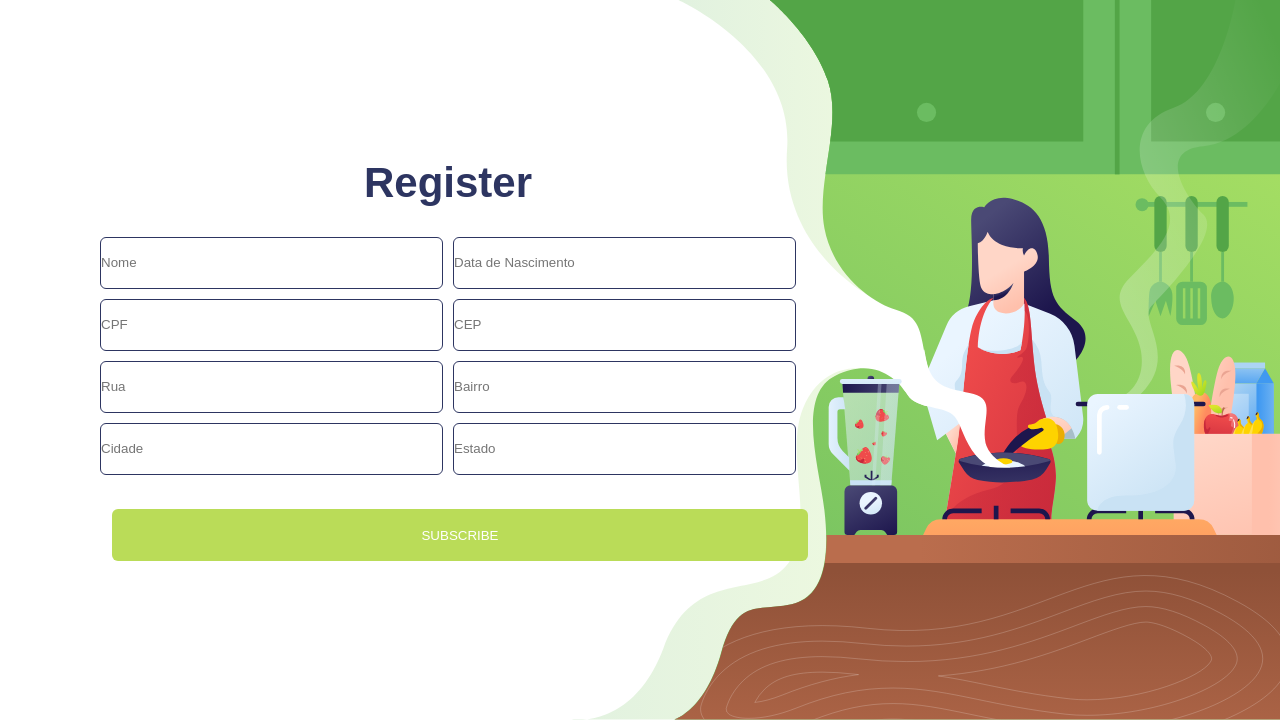
Repository: LuccaCasalecchi/HealthyFood
Page: /register
The author's editor kept a copy of each file at every save. The page is drawn from the files as they stood at one save, then again after the next save.
The browser window is 1280 px wide. The pictures show the whole page.
The project was rebuilt for these pictures with package versions that can differ from the ones it lists, and the page was loaded fresh each time. Also part of the build but not shown: src/components/Header/Header.css, src/components/Header/Header.jsx, src/components/Main/Main.css, src/components/Main/Main.jsx, src/components/Card/Card.css, src/components/Card/Card.jsx, src/components/Recipes/Recipes.css, src/components/Recipes/Recipes.jsx and 11 more.

Above is the page before, as saved 2021-08-20 21:55:22.

### src/App.js
import React from 'react'
import LandingPage from './pages/LandingPage/LandingPage';
import './global.css'
import Register from './pages/Register/Register';

function App() {
  return (
    <div className="App">
      <Register/>
    </div>
  );
}

export default App;

### src/global.css
* {
  margin: 0;
  padding: 0;
  box-sizing: border-box;
}

html {
  scroll-behavior: smooth;
  overflow-y: scroll;
  overflow-x: hidden;
}





/*Phone*/
@media (min-width: 320px)
  and (max-width: 480px) {
  :root {
    font-size: 50%;
  }
}

/*Tablet*/
@media (min-width: 481px)
  and (max-width: 1100px) {
  :root {
    font-size: 56.25%;
  }
}

/*Desktop*/
@media (min-width: 1101px)
  and (max-width: 1600px) {
  :root {
    font-size: 62.5%;
  }
}

/*Ultra*/
@media (min-width: 1601px) {
  :root {
    font-size: 62.5%;
  }
}

### src/pages/Register/Register.jsx
import React from "react";
import Input from "../../components/Input/Input";
import imageService from "../../images/bloco_services.svg";
import './Register.css'
import Button from '../../components/Button/Button'

export default function Register() {
  return (
    <div className="container">
      <div>
        <h1>Register</h1>
        <form>
          <Input placeholderProp = "Nome" />
          <Input placeholderProp = "Data de Nascimento"  />
          <Input placeholderProp = "CPF"  />
          <Input placeholderProp = "CEP"  />
          <Input placeholderProp = "Rua"  />
          <Input placeholderProp = "Bairro"  />
          <Input placeholderProp = "Cidade" />
          <Input placeholderProp = "Estado"  />
        </form>
        <Button title="SUBSCRIBE" />
      </div>
      <img src={imageService} alt="Register" />
    </div>
  );
}

### src/pages/LandingPage/LandingPage.css
* {
  margin: 0;
  padding: 0;
  box-sizing: border-box;
  font-family: sans-serif;
}

### src/components/Input/Input.jsx
import React from 'react'
import './Input.css'

export default function Input({title,placeholderProp}) {
  return (
    <div className="input-container">
      <input
      type="text"
      placeholder={placeholderProp}/>
    </div>
  )
}

### src/pages/Register/Register.css
.container{
  display: flex;
  height: 100vh;
}

.container > div{
  display: flex;
  flex-direction: column;
  margin: auto 0;
  padding-left: 10rem;
}

.container h1{
  color: #2D3561;
  font-size: 4.2rem;
  margin-bottom: 1rem;
  font-weight: bold;
  align-items: center;
  text-align: center;
  padding-bottom: 20px;
}

.container form{
  display: grid;
  gap: 1rem;
  flex-direction: row;
  grid-template-columns: repeat(2, 1fr);
}

form > div{
  padding: 0;
  margin: 0;
}

.container img{
  transform: scaleX(-1);
  height: 100vh;
  position: absolute;
  right: 0;
  z-index: -99;
}

### src/components/Button/Button.jsx
import React from 'react'
import './Button.css'

export default function Button({title}) {
  return (
    <button className="register_button">{title}</button>
  )
}

### src/components/Input/Input.css
.input-container{
  display: flex;
  justify-content: center;
  align-items: center;
  padding: 0px;
}

input{
  width: 343px;
  height: 52px;
  border-radius: 6px;
  border: 1px solid #2D3561;
  text-align: center;
}

input::placeholder{
  text-align: left;
}

button{
  display: flex;
  justify-content: center;
  align-items: center;
  width: 52px;
  height: 52px;
  border: none;
  border-radius: 6px;
  padding: 0px 12px;
  margin-left: 12px;
  text-align: center;
  background-color: #BADC58;
  color: white;
}

### src/components/Button/Button.css
.container button {
  display: flex;
  justify-content: center;
  align-items: center;
  background-color: #BADC58;
  padding: 25px 15px;
  width: 100%;
  margin-top: 5%;


}

Loaded but not shown: public/index.html (common file); src/index.js (common file)

After the next save:
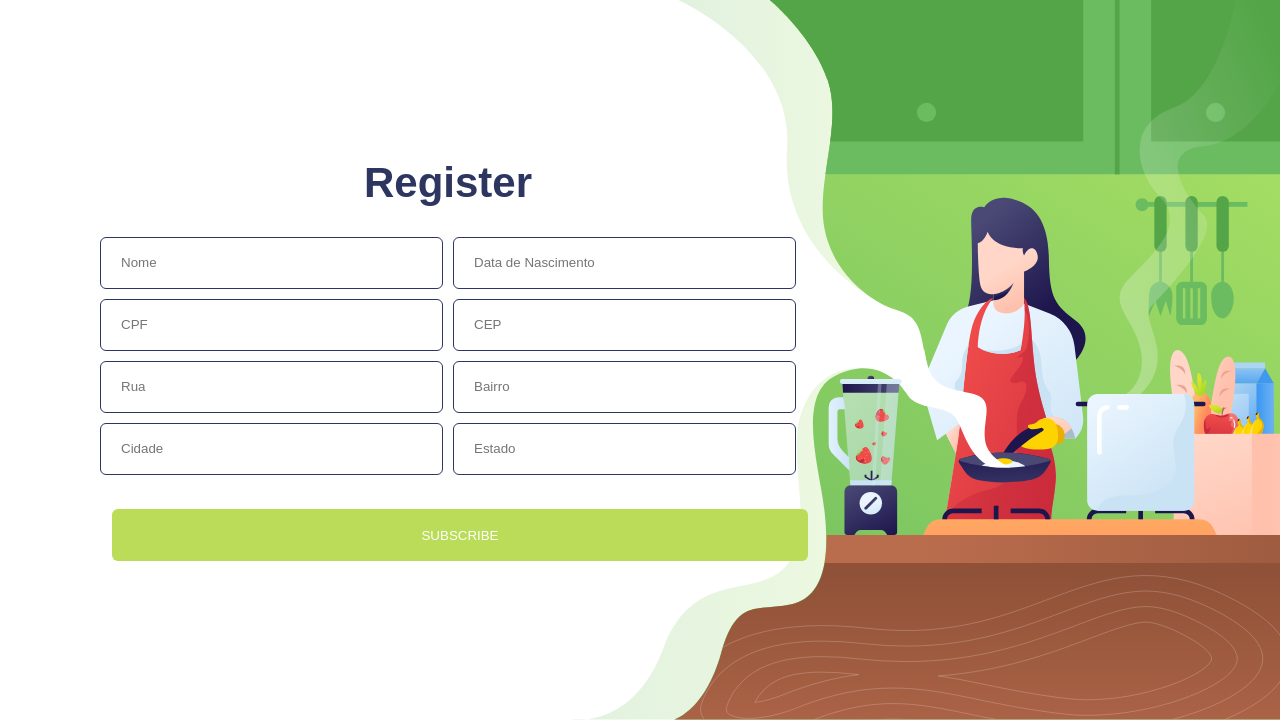
Saved 9 s later.
--- a/src/components/Input/Input.css
+++ b/src/components/Input/Input.css
@@ -15,6 +15,7 @@ input{
 
 input::placeholder{
   text-align: left;
+  padding-left: 20px;
 }
 
 button{
